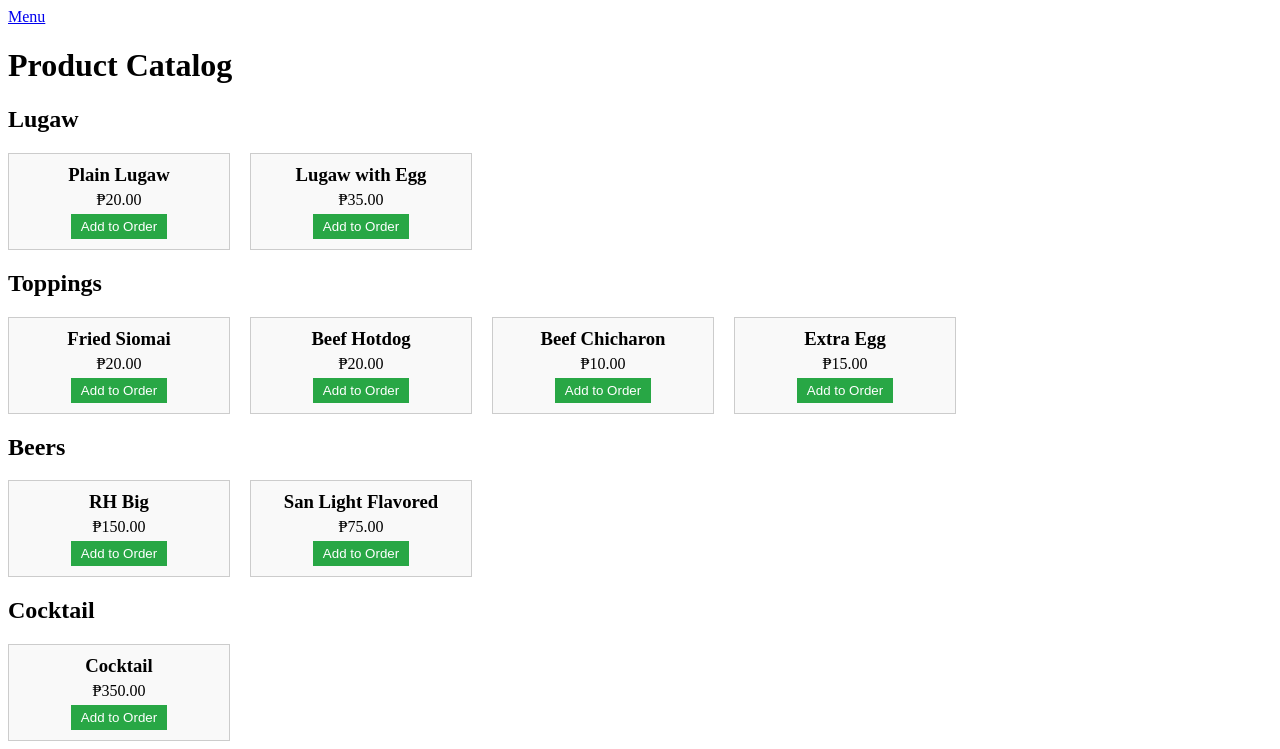
Repository: Jijiluzana225/lugawan_pitlane
Page: http://localhost/catalog/
These files come from the project's save history. The page is drawn as it stood at one moment and after the next save; the edit follows.
The browser window is 1280 px wide. The pictures show the whole page.
The page is served by the project's application, run on Django 5.2 (manage.py). Other server files are loaded and not shown. The page reads the database file committed with the project.

Above is the page before, as saved 2025-03-06 08:57:22.

### pos/templates/pos/catalog.html
{% extends 'pos/base.html' %}

{% block title %}Product Catalog - Lugaw Cafe{% endblock %}

{% block content %}
<h1>Product Catalog</h1>
{% for category in categories %}
    <h2>{{ category.name }}</h2>
    <div class="catalog">
        {% for product in category.product_set.all %}
            <div class="product">
                <h3>{{ product.name }}</h3>
                <p>₱{{ product.price }}</p>
                {% if product.available %}
                    <form action="{% url 'add_to_order' %}" method="post">
                        {% csrf_token %}
                        <input type="hidden" name="product_id" value="{{ product.id }}">
                        <button type="submit">Add to Order</button>
                    </form>
                {% else %}
                    <p style="color: red;">Out of Stock</p>
                {% endif %}
            </div>
        {% empty %}
            <p>No products available in this category.</p>
        {% endfor %}
    </div>
{% empty %}
    <p>No categories available.</p>
{% endfor %}
{% endblock %}

### pos/templates/pos/base.html
<!DOCTYPE html>
<html lang="en">
<head>
    <meta charset="UTF-8">
    <meta name="viewport" content="width=device-width, initial-scale=1.0">
    <title>{% block title %}Lugaw Cafe POS{% endblock %}</title>
    <style>
        .catalog {
            display: flex;
            flex-wrap: wrap;
            gap: 20px;
            justify-content: flex-start;
        }

        .product {
            border: 1px solid #ccc;
            padding: 10px;
            width: 200px;
            text-align: center;
            background-color: #f9f9f9;
        }

        .product h3 {
            margin: 0;
        }

        .product p {
            margin: 5px 0;
        }

        button {
            background-color: #28a745;
            color: white;
            border: none;
            padding: 5px 10px;
            cursor: pointer;
        }

        button:hover {
            background-color: #218838;
        }
    </style>

</head>
<body>
    <nav>
        <a href="{% url 'menu' %}">Menu</a>

    </nav>
    {% block content %}{% endblock %}
</body>
</html>

### pos/models.py
from django.db import models
from django.utils.timezone import now

class Category(models.Model):
    name = models.CharField(max_length=100)

    def __str__(self):
        return self.name

class Product(models.Model):
    name = models.CharField(max_length=200)
    category = models.ForeignKey(Category, on_delete=models.CASCADE)
    price = models.DecimalField(max_digits=10, decimal_places=2)
    available = models.BooleanField(default=True)

    def __str__(self):
        return self.name

class OrderItem(models.Model):
    product = models.ForeignKey(Product, on_delete=models.CASCADE)
    quantity = models.PositiveIntegerField(default=1)
    datetimestamp = models.DateTimeField(default=now)  # New field

    def __str__(self):
        return f"{self.quantity} x {self.product.name} at {self.datetimestamp}"

### pos/views.py
from django.shortcuts import render
from .models import Category, Product
def menu(request):
    products = Product.objects.filter(available=True)
    return render(request, 'pos/menu.html', {'products': products})




def catalog(request):
    categories = Category.objects.prefetch_related('product_set').all()
    return render(request, 'pos/catalog.html', {'categories': categories})

from django.shortcuts import redirect, get_object_or_404
from django.utils.timezone import now
from .models import Product, OrderItem

def add_to_order(request):
    if request.method == 'POST':
        product_id = request.POST.get('product_id')
        product = get_object_or_404(Product, id=product_id)

        # Always create a new OrderItem record
        OrderItem.objects.create(
            product=product,
            quantity=1,  # You can adjust this if quantity selection is needed
            datetimestamp=now()  # Use current timestamp
        )

    return redirect('catalog')

### lugaw_pos/urls.py
from django.contrib import admin
from django.urls import path, include

urlpatterns = [
    path('admin/', admin.site.urls),
    path('', include('pos.urls')),
]

### pos/urls.py
from django.urls import path
from . import views

urlpatterns = [
    path('menu/', views.menu, name='menu'),

    path('catalog/', views.catalog, name='catalog'),  # New catalog page
    path('add-to-order/', views.add_to_order, name='add_to_order'),  # New URL for adding to order

]

### db.sqlite3 (the tables this page reads, as SQL)
CREATE TABLE "pos_category" ("id" integer NOT NULL PRIMARY KEY AUTOINCREMENT, "name" varchar(100) NOT NULL);
INSERT INTO "pos_category" VALUES
(1, 'Lugaw'),
(2, 'Toppings'),
(3, 'Beers'),
(4, 'Cocktail');

CREATE TABLE "pos_product" ("id" integer NOT NULL PRIMARY KEY AUTOINCREMENT, "name" varchar(200) NOT NULL, "price" decimal NOT NULL, "available" bool NOT NULL, "category_id" bigint NOT NULL REFERENCES "pos_category" ("id") DEFERRABLE INITIALLY DEFERRED);
INSERT INTO "pos_product" VALUES
(1, 'Plain Lugaw', 20, 1, 1),
(2, 'Lugaw with Egg', 35, 1, 1),
(3, 'Fried Siomai', 20, 1, 2),
(4, 'Beef Hotdog', 20, 1, 2),
(5, 'Beef Chicharon', 10, 1, 2),
(6, 'Extra Egg', 15, 1, 2),
(7, 'RH Big', 150, 1, 3),
(8, 'San Light Flavored', 75, 1, 3),
(9, 'Cocktail', 350, 1, 4);

After the next save:
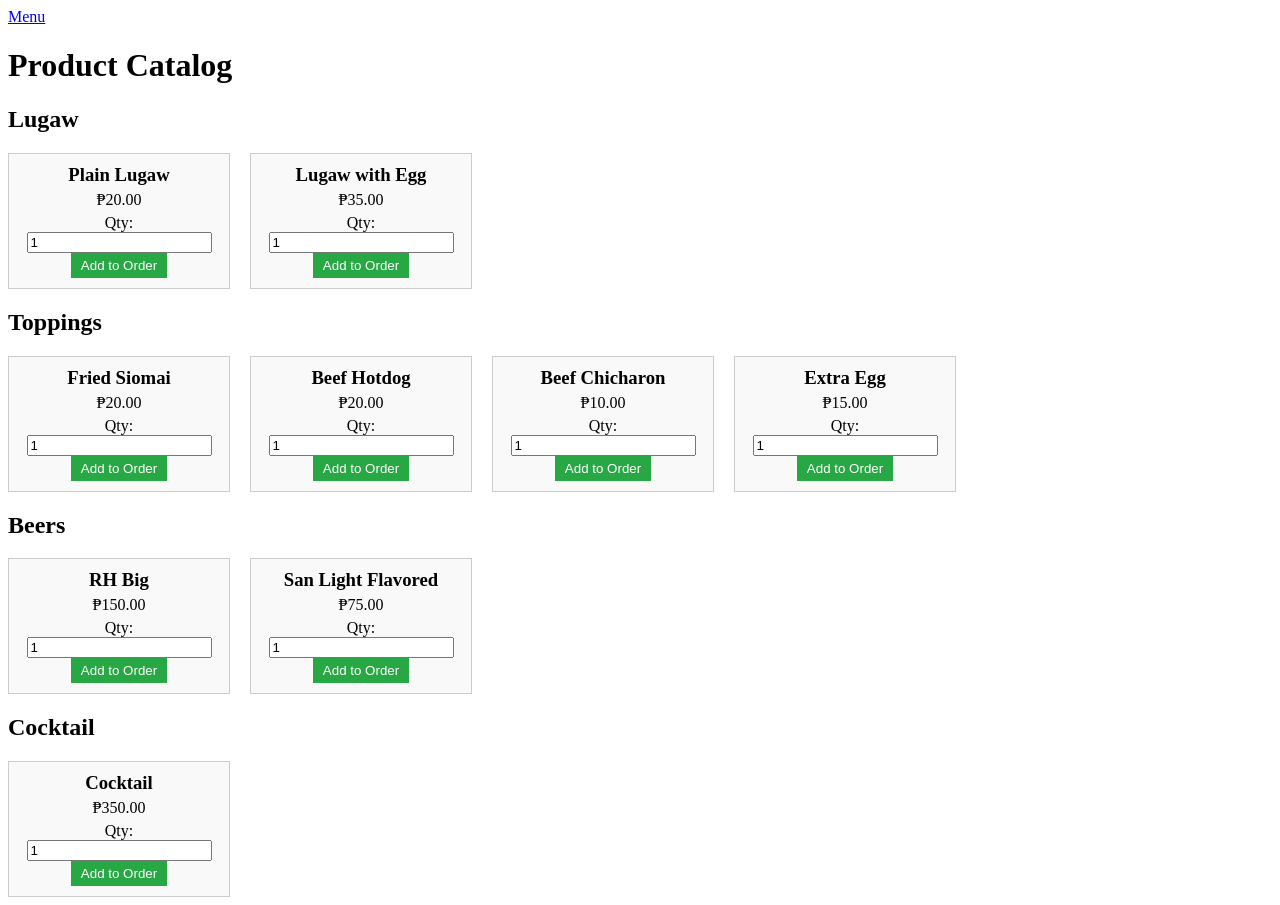
Saved 2 min 50 s later.
--- a/pos/templates/pos/catalog.html
+++ b/pos/templates/pos/catalog.html
@@ -15,6 +15,8 @@
                     <form action="{% url 'add_to_order' %}" method="post">
                         {% csrf_token %}
                         <input type="hidden" name="product_id" value="{{ product.id }}">
+                        <label for="qty_{{ product.id }}">Qty:</label>
+                        <input type="number" name="quantity" id="qty_{{ product.id }}" value="1" min="1" required>
                         <button type="submit">Add to Order</button>
                     </form>
                 {% else %}
